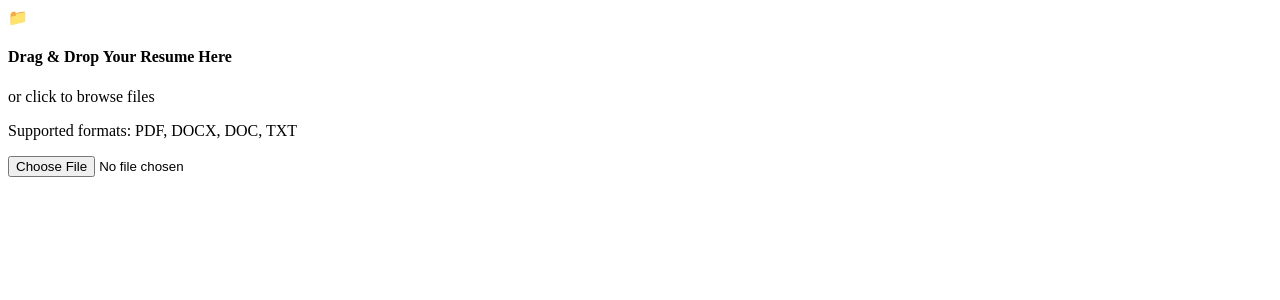
Repository: sofia123776/jobboard
Page: jobs/templates/jobs/resume_upload.html
These files come from the project's save history. The page is drawn as it stood at one moment and after the next save; the edit follows.
The browser window is 1280 px wide. The pictures show the whole page.
The template is drawn by Django 5.2. The application's start-up code is not run. The template is opened directly, without the code that normally fills it, so the values that code supplies are empty.

Above is the page before, as saved 2025-10-22 12:20:44.

After the next save:
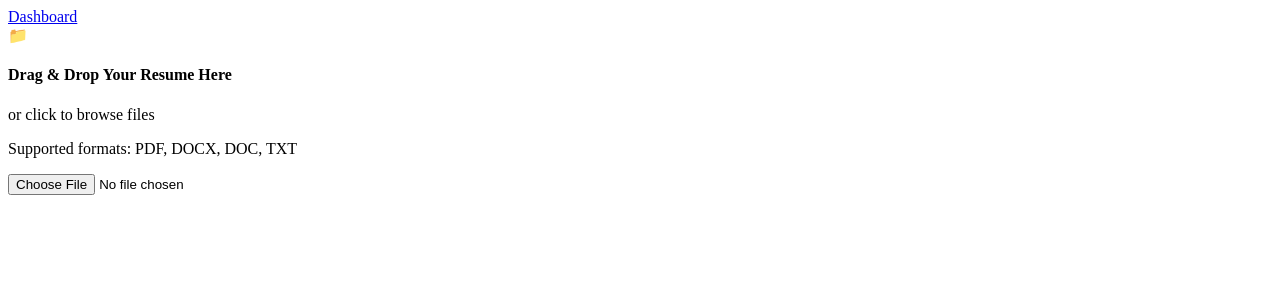
Saved 19 s later.
--- a/jobs/templates/jobs/resume_upload.html
+++ b/jobs/templates/jobs/resume_upload.html
@@ -6,7 +6,7 @@
   <meta name="viewport" content="width=device-width, initial-scale=1.0">
   <title>Upload Resume | JobBoard</title>
   <link rel="stylesheet" href="{% static 'css/style.css' %}">
-  <a href="{%url 'dashboard'%}"></a>
+  <a href="{%url 'dashboard'%}">Dashboard</a>
   <!-- Your existing CSS styles -->
 </head>
 <body>
